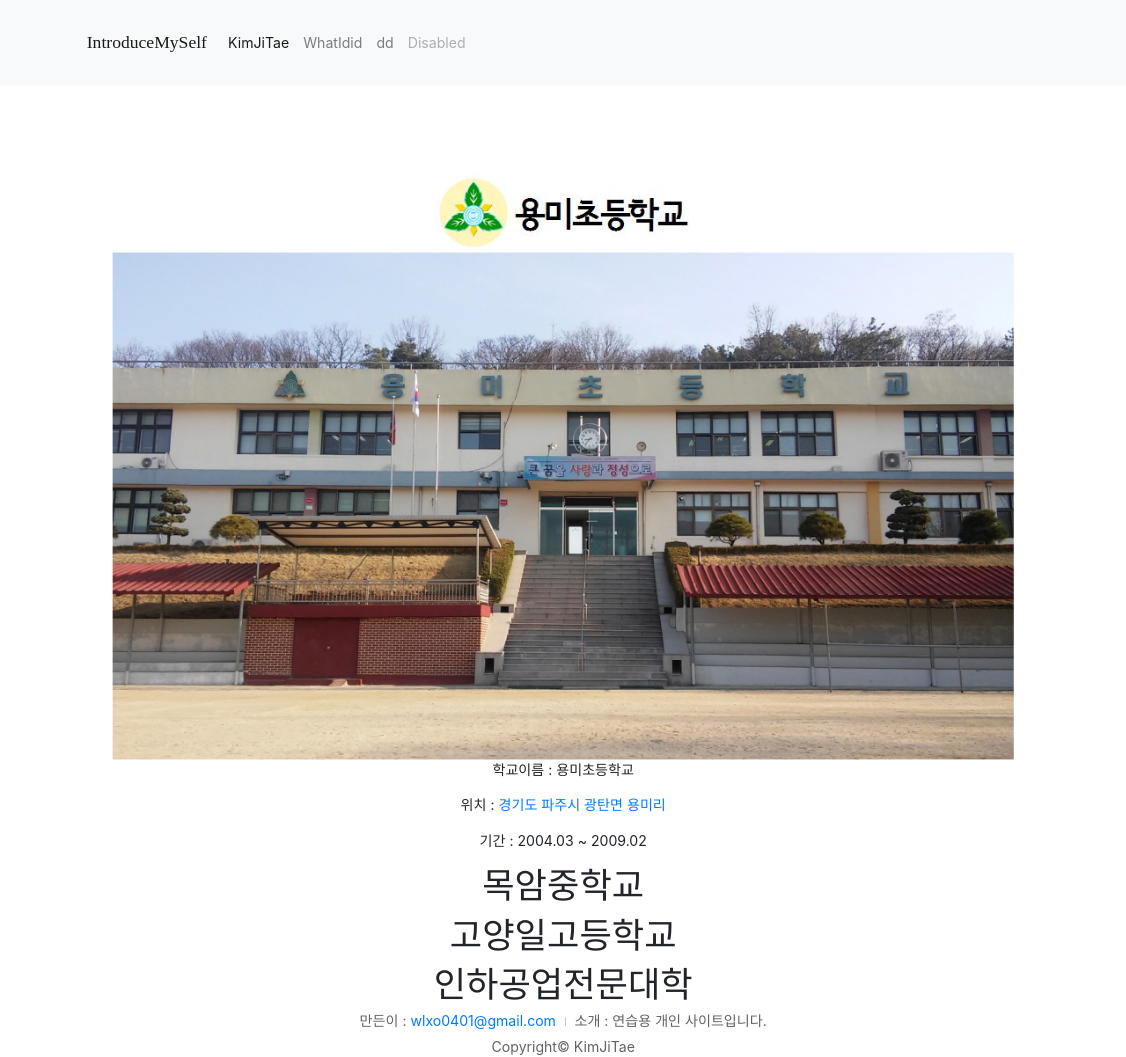
Repository: wlxo0401/IntroduveMySelf
Page: IntroduceMySelf/WebContent/KimJiTae.html
An editor plug-in stored every save of this project. The page is shown before and after the next save, followed by the edit.
The browser window is 1280 px wide. The pictures show the whole page, at 88% of full size.

Above is the page before, as saved 2020-03-11 06:53:37.

After the next save:
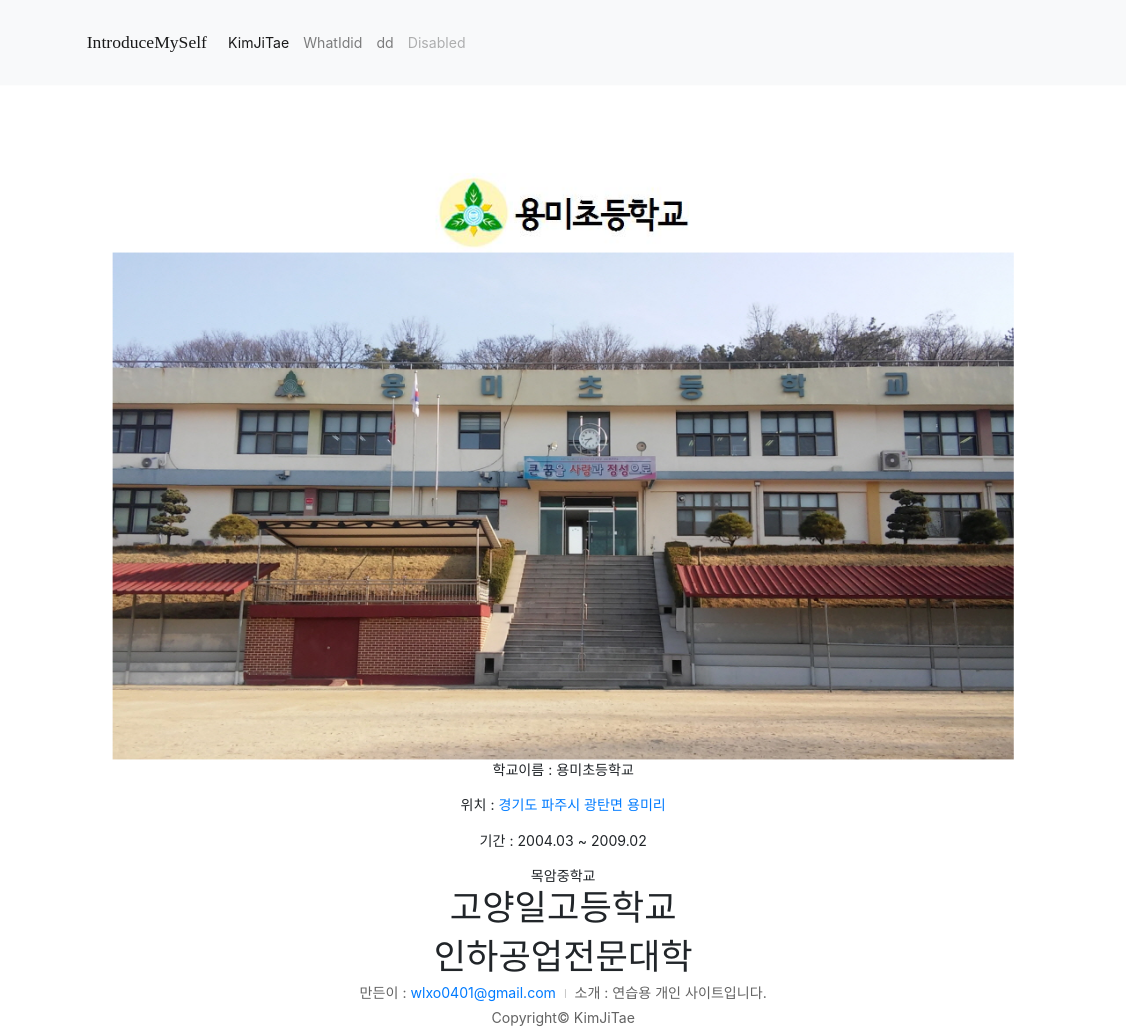
Saved 51 s later.
--- a/IntroduceMySelf/WebContent/KimJiTae.html
+++ b/IntroduceMySelf/WebContent/KimJiTae.html
@@ -49,10 +49,8 @@
 			<p>학교이름 : 용미초등학교</p>
 			<p>위치 : <a href='http://naver.me/F72uX0N2'>경기도 파주시 광탄면 용미리</a> </p>
 			<p>기간 : 2004.03 ~ 2009.02</p>
-
-
 		</div>
-
+		<div class ="MiddleSchool"
 
 
 

After the save that followed:
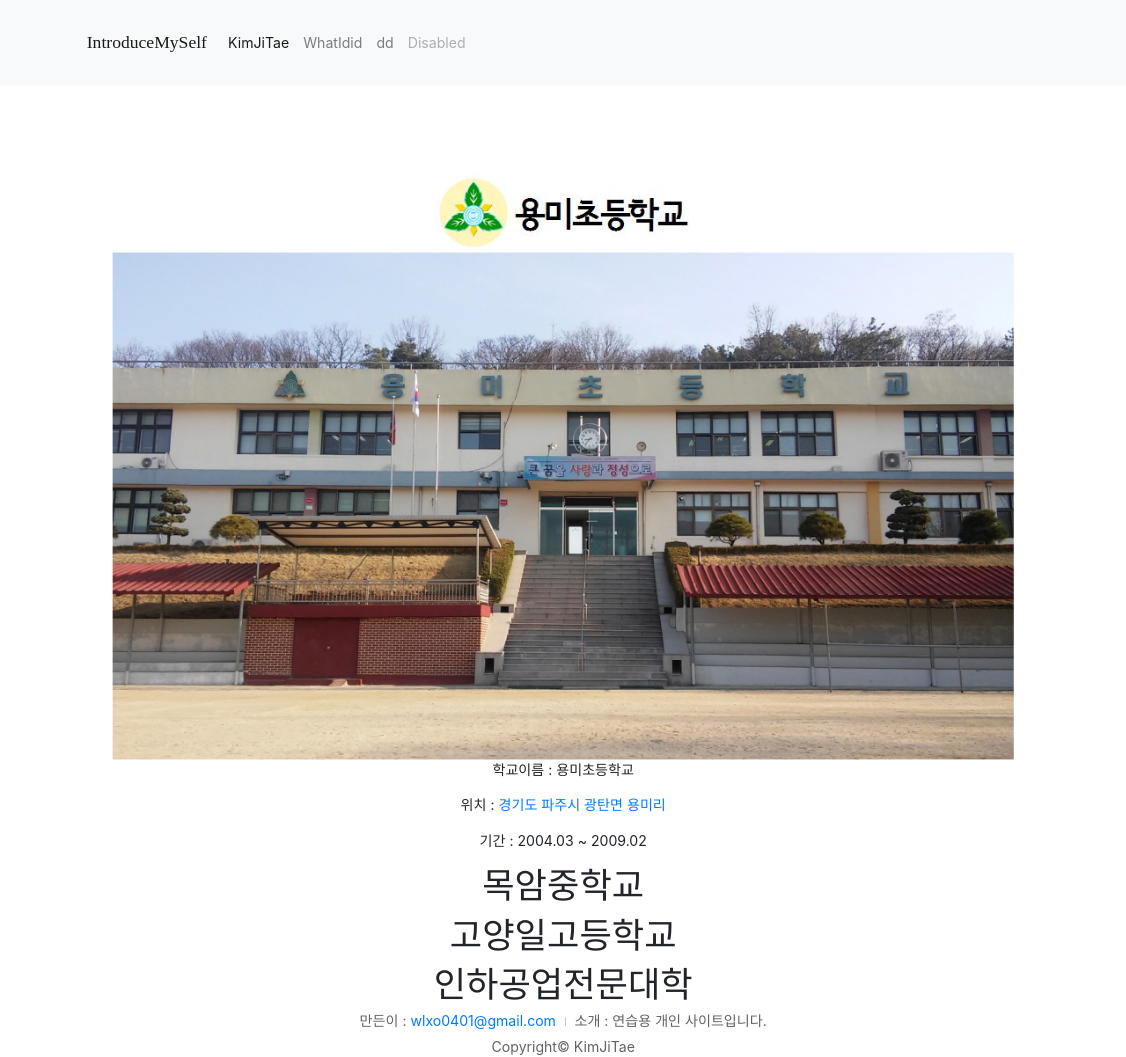
Saved 5 s later.
--- a/IntroduceMySelf/WebContent/KimJiTae.html
+++ b/IntroduceMySelf/WebContent/KimJiTae.html
@@ -52,6 +52,7 @@
 		</div>
 		<div class ="MiddleSchool"
 
+		</div>
 
 
 
